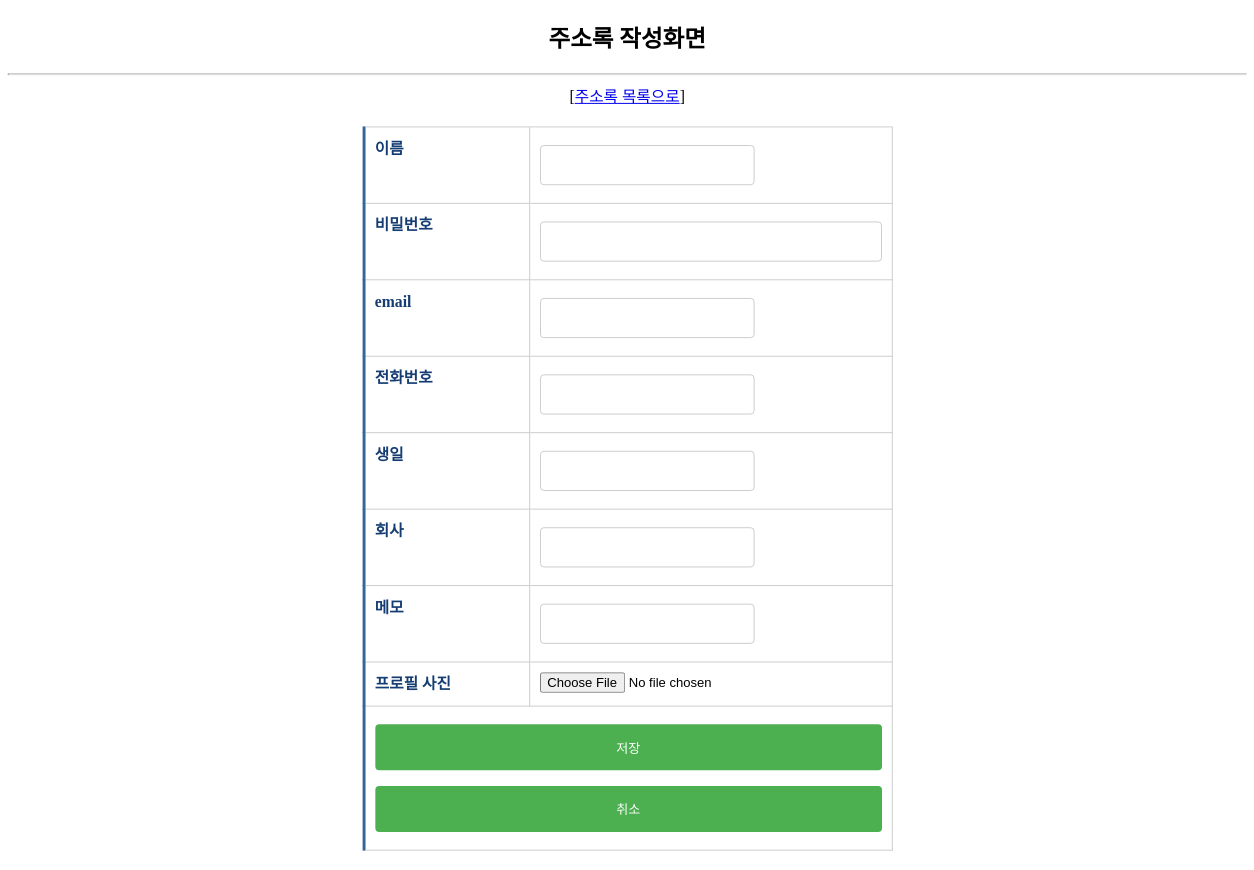
Repository: LeeHyukJe/jsp-bit
Page: http://localhost/jsp3/addrbook/addrbook_form.jsp
An editor plug-in stored every save of this project. The page is shown before and after the next save, followed by the edit.
The browser window is 1280 px wide. The pictures show the whole page, at 98% of full size.
The page is served by Tomcat 9. Other server files are loaded and not shown.

Above is the page before, as saved 2017-09-20 07:16:27.

### jsp3/WebContent/addrbook/addrbook_form.jsp
<%@ page language="java" contentType="text/html; charset=UTF-8"
	pageEncoding="UTF-8" errorPage="addrbook_error.jsp"%>
<!DOCTYPE html PUBLIC "-//W3C//DTD HTML 4.01 Transitional//EN" "http://www.w3.org/TR/html4/loose.dtd">
<html>
<head>
<meta http-equiv="Content-Type" content="text/html; charset=UTF-8">
<title>주소록 작성 화면</title>
<link rel="stylesheet" href="login_css.css" media="screen">
	<style>
		table,input[type="text"]{
			width:auto;
			heigth:400px;
		}
	</style>
</head>
<body>
	<div align="center">
    <h2>주소록 작성화면</h2>
    <hr>
    [<a href=addrbook_list.jsp>주소록 목록으로</a>]<br>
    <p>
    <form name="form1" method="post" action="addrbook_control.jsp">
        <input type="hidden" name="action" value="insert">
        <table border="1" class="type03">
            <tr>
                <th>이름</th>
                <td><input type="text" name="ab_name" maxlength="15"></td>
            </tr>
            <tr>
                <th>비밀번호</th>
                <td><input type="password" name="ab_password" maxlength="15"></td>
            </tr>
            <tr>
                <th>email</th>
                <td><input type="text" name="ab_email" maxlength="20"></td>
            </tr>
            <tr>
                <th>전화번호</th>
                <td><input type="text" name="ab_tel" maxlength="20"></td>
            </tr>
            <tr>
                <th>생일</th>
                <td><input type="text" name="ab_birth"></td>
            </tr>
            <tr>
                <th>회사</th>
                <td><input type="text" name="ab_comdept" maxlength="20"></td>
            </tr>
            <tr>
                <th>메모</th>
                <td><input type="text" name="ab_memo"></td>
            </tr>
            <tr>
                <th>프로필 사진 </th>
                <td><input type="file" name="ab_picture"></td>
            </tr>
            <tr>
                <td colspan="2" align="center"><input type="submit" value="저장">
                    <input type="reset" value="취소"></td>
            </tr>
        </table>
    </form>
</div>
</body>
</html>

### jsp3/WebContent/addrbook/login_css.css
input[type=text],input[type=password],select{
    width: 100%;
    padding:12px 20px;
    margin:8px 0;
    display: inline-block;
    border:1px solid #ccc;
    border-radius: 4px;
    box-sizing: border-box;
}

input[type=submit],input[type=reset]{
    width:100%;
    background-color: #4CAF50;
    color: white;
    padding:14px 20px;
    margin:8px 0;
    border:none;
    border-radius: 4px;
    cursor: pointer;
}

input[type=submit]:hover, input[type=reset]:hover{
    background-color: #45a049;
}

table.type03{
    border-collapse:collapse;
    text-align: left;
    line-height: 1.5;
    border-top:1px solid #ccc;
    border-left:3px solid #369;
    margin:20px 10px;
}

table.type03 th{
    width:147px;
    padding:10px;
    font-weight:bold;
    vertical-align: top;
    color: #153d73;
    border-right:1px solid #ccc;
    border-bottom: 1px solid #ccc;
}

table.type03 td{
    width: 349px;
    padding:10px;
    vertical-align: top;
    border-right:1px solid #ccc;
    border-bottom: 1px solid #ccc;
}

After the next save:
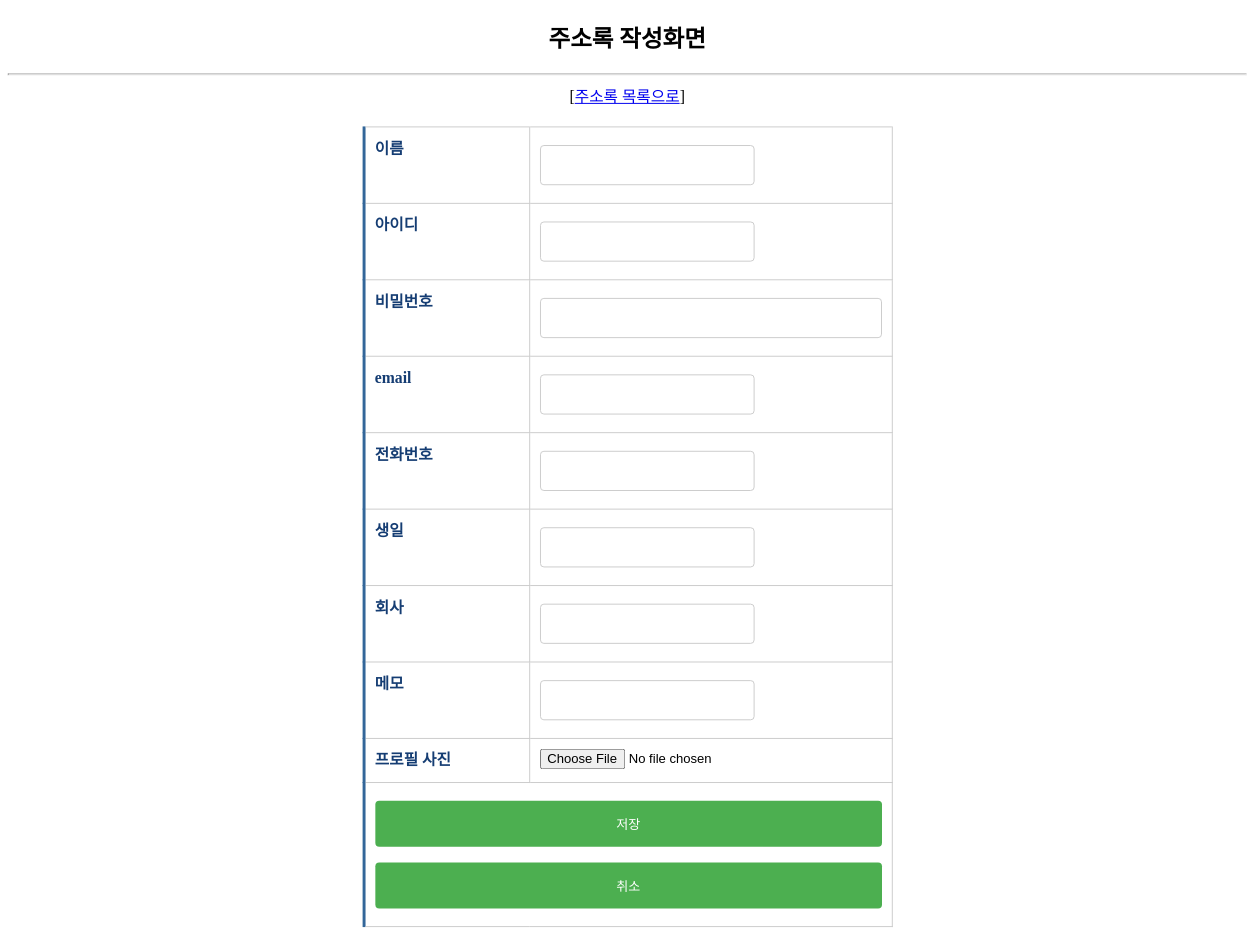
Saved 46 s later.
--- a/jsp3/WebContent/addrbook/addrbook_form.jsp
+++ b/jsp3/WebContent/addrbook/addrbook_form.jsp
@@ -25,6 +25,10 @@
             <tr>
                 <th>이름</th>
                 <td><input type="text" name="ab_name" maxlength="15"></td>
+            </tr>
+            <tr>
+                <th>아이디</th>
+                <td><input type="text" name="ab_id" maxlength="15"></td>
             </tr>
             <tr>
                 <th>비밀번호</th>
